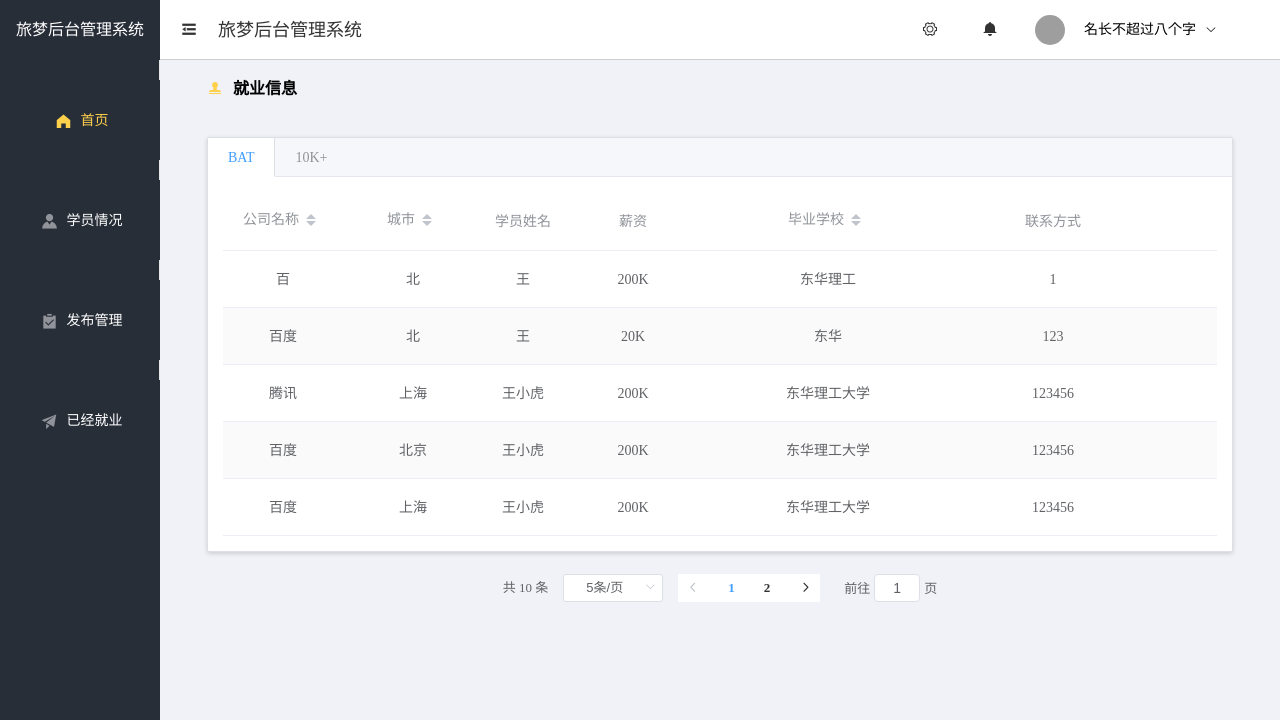
Repository: wangms618/LS-BS-management
Page: /Employed
These files come from the project's save history. The page is drawn as it stood at one moment and after the next save; the edit follows.
The browser window is 1280 px wide. The pictures show the whole page.
Pictures or frames that could not be fetched are drawn as grey boxes. The project was rebuilt for these pictures with package versions that can differ from the ones it lists, and the page was loaded fresh each time. Also part of the build but not shown: vue.config.js, src/components/Teacher/AddNotification.vue, src/components/Teacher/AddAssignment.vue, src/components/Teacher/AddBooks.vue, src/components/Teacher/cSalary.vue.

Above is the page before, as saved 2021-08-30 12:02:51.

After the next save:
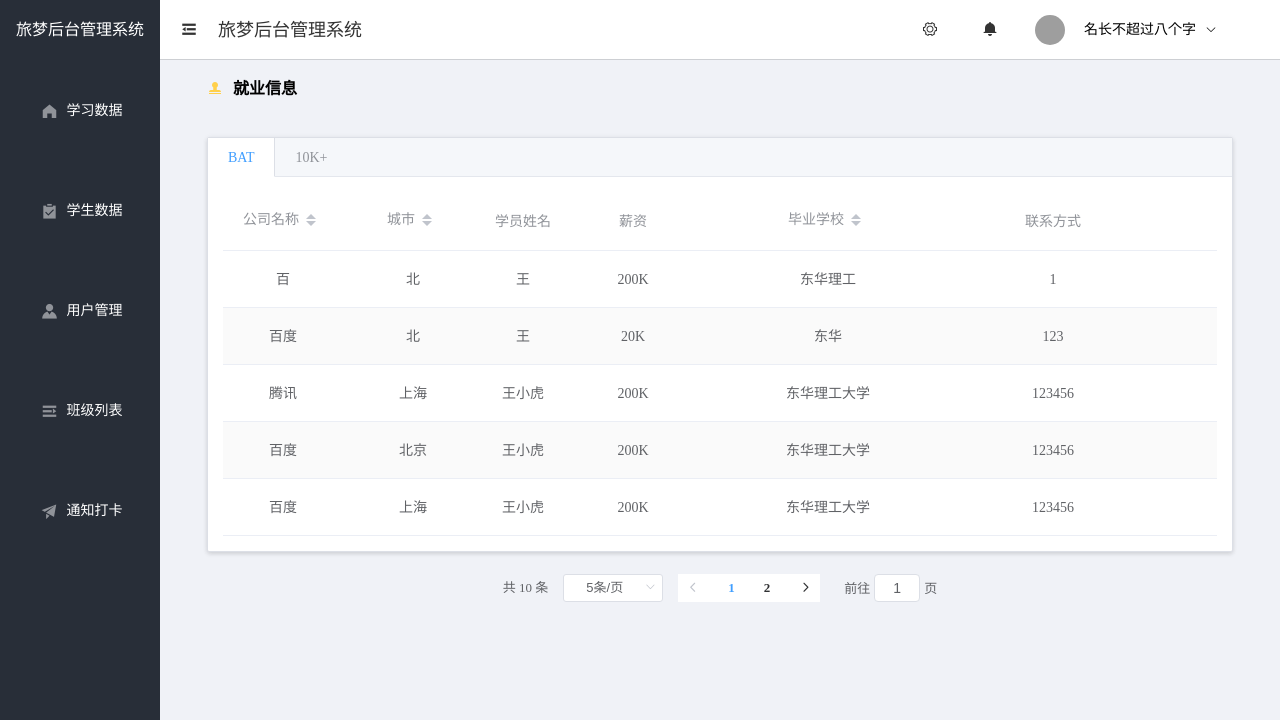
Saved 43 min 52 s later.
--- a/src/views/Home.vue
+++ b/src/views/Home.vue
@@ -4,8 +4,8 @@
     <el-container>
       <el-aside width="160px">
         <span>旅梦后台管理系统</span>
-        <teacher-nav-menu></teacher-nav-menu>
-        <!-- <student-nav-menu></student-nav-menu> -->
+        <!-- <teacher-nav-menu></teacher-nav-menu> -->
+        <student-nav-menu></student-nav-menu>
       </el-aside>
       <el-container>
         <el-header>
@@ -20,14 +20,14 @@
 </template>
 
 <script>
-// import StudentNavMenu from '@/components/Student/StudentNavMenu'
-import TeacherNavMenu from "@/components/Teacher/TeacherNavMenu";
+import StudentNavMenu from "@/components/Student/StudentNavMenu";
+// import TeacherNavMenu from "@/components/Teacher/TeacherNavMenu";
 import VHeader from "@/components/Common/Header.vue";
 export default {
   components: {
-    TeacherNavMenu,
+    // TeacherNavMenu,
     VHeader,
-    // StudentNavMenu,
+    StudentNavMenu,
   },
 };
 </script>
